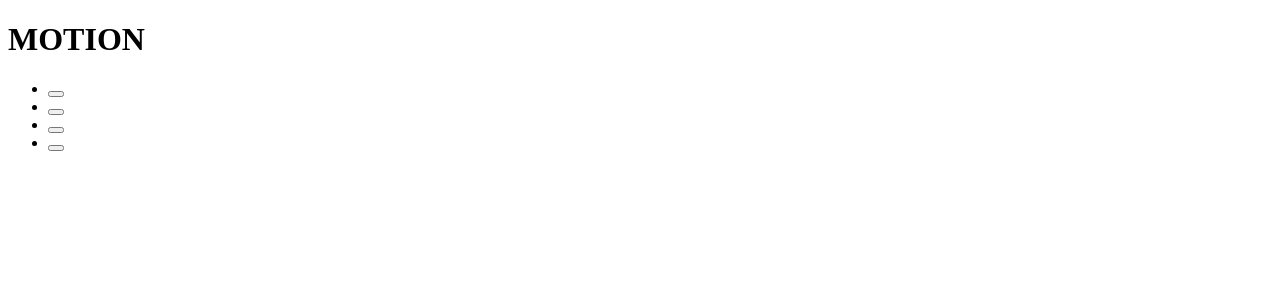
Repository: chefkuna/Motion
Page: index.html
The author's editor kept a copy of each file at every save. The page is drawn from the files as they stood at one save, then again after the next save.
The browser window is 1280 px wide. The pictures show the whole page.

Above is the page before, as saved 2022-08-21 14:24:15.

### index.html
<!DOCTYPE html>
<html lang="en">
<head>
  <meta charset="UTF-8">
  <meta http-equiv="X-UA-Compatible" content="IE=edge">
  <meta name="viewport" content="width=device-width, initial-scale=1.0">
  <title>Motion</title>
  <link rel="stylesheet" href="./style/style.css">
  <script src='./dist/app.js' defer></script>
</head>
<body>
  <div class="app">
    <header class='banner'>
      <h1 class="banner__title">MOTION</h1>
      <ul class="control-panel">
        <li><button class="create-button"></button></li>
        <li><button class="create-button"></button></li>
        <li><button class="create-button"></button></li>
        <li><button class="create-button"></button></li>
      </ul>
    </header>
    <footer class="footer"></footer>
  </div>

</body>
</html>

Loaded but not shown: dist/app.js (no copy from this time; the picture is the same without it); style/style.css (no stored copy; drawn as an empty file)

After the next save:
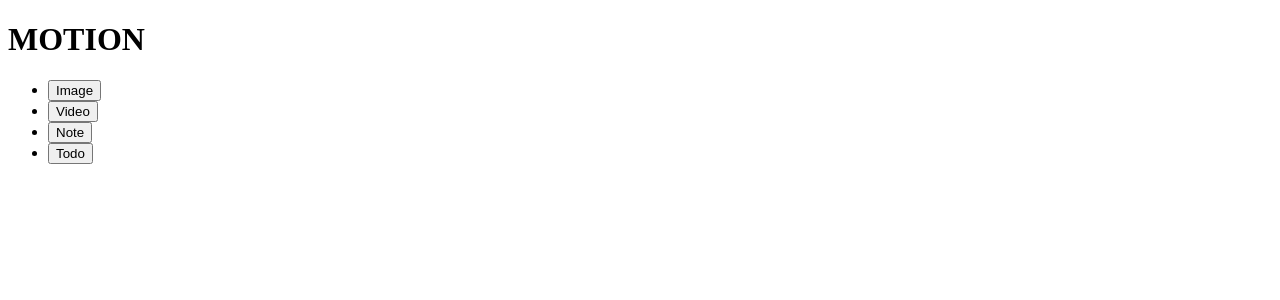
Saved 17 s later.
--- a/index.html
+++ b/index.html
@@ -13,10 +13,10 @@
     <header class='banner'>
       <h1 class="banner__title">MOTION</h1>
       <ul class="control-panel">
-        <li><button class="create-button"></button></li>
-        <li><button class="create-button"></button></li>
-        <li><button class="create-button"></button></li>
-        <li><button class="create-button"></button></li>
+        <li><button class="create-button">Image</button></li>
+        <li><button class="create-button">Video</button></li>
+        <li><button class="create-button">Note</button></li>
+        <li><button class="create-button">Todo</button></li>
       </ul>
     </header>
     <footer class="footer"></footer>
